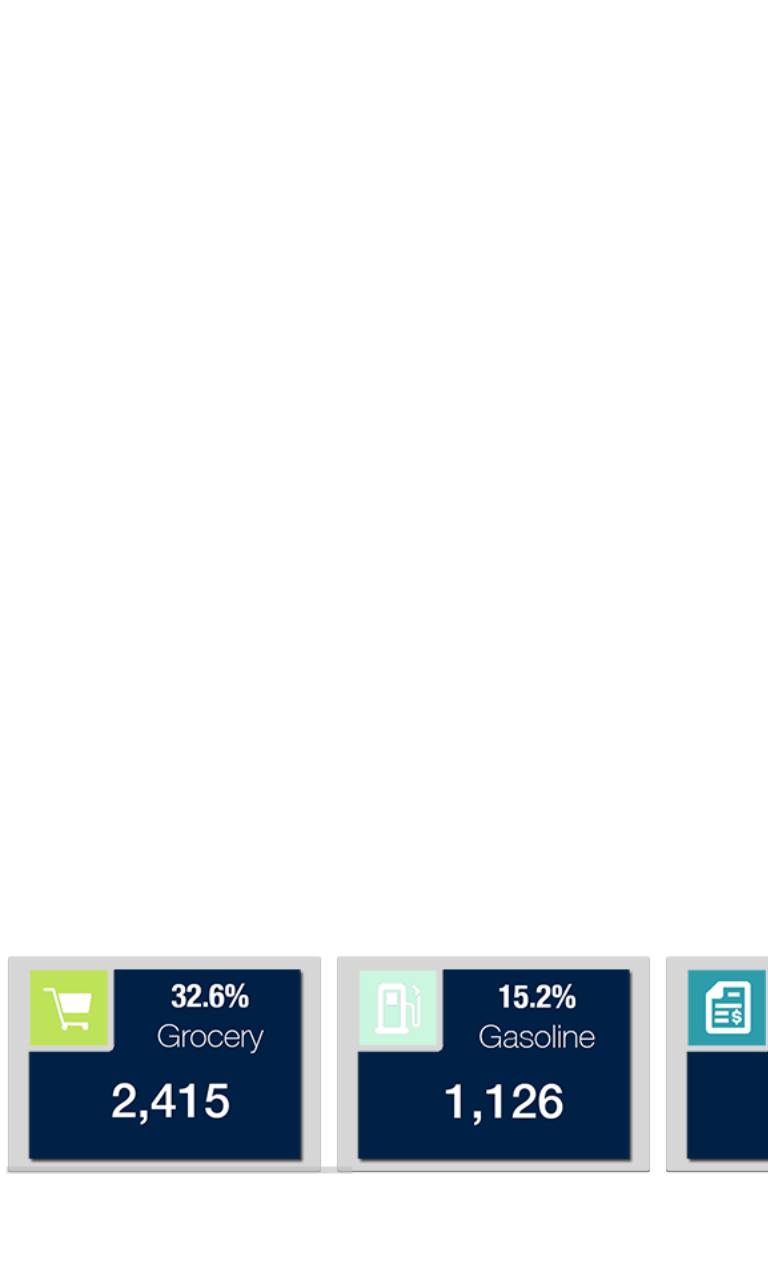
Repository: derek-zhan/RBCPrototypeChallenge
Layout: RBCPrototype/res/layout/fragment_analyze.xml
These files come from the project's save history. The layout is drawn as it stood at one moment and after the next save; the edit follows.
It is drawn on a 768 x 1280 px phone screen (xhdpi) without system bars, with theme AppTheme; the app's code is not run.

Above is the layout before, as saved 2014-06-06 11:35:55.

### RBCPrototype/res/layout/fragment_analyze.xml
<?xml version="1.0" encoding="utf-8"?>
<RelativeLayout xmlns:android="http://schemas.android.com/apk/res/android"
    android:layout_width="match_parent"
    android:layout_height="match_parent" >


     <HorizontalScrollView
        android:id="@+id/horizontal_scroll_view"
        android:layout_width="wrap_content"
        android:layout_height="wrap_content"
        android:layout_marginBottom="50dp"
        android:layout_alignParentBottom="true"

        >
        <LinearLayout
            android:layout_width="wrap_content"
            android:layout_height="wrap_content"
            android:orientation="horizontal" >
            <ImageButton
                android:layout_width="wrap_content"
                android:layout_height="wrap_content"
                android:src="@drawable/piechartcat1"
                 />
            <ImageButton
                android:layout_width="wrap_content"
                android:layout_height="wrap_content"
                android:src="@drawable/piechartcat2"
                />
            <ImageButton
                android:layout_width="wrap_content"
                android:layout_height="wrap_content"
                android:src="@drawable/piechartcat3"
                 />
            <ImageButton
                android:layout_width="wrap_content"
                android:layout_height="wrap_content"
                android:src="@drawable/piechartcat4"
                 />
            <ImageButton
                android:layout_width="wrap_content"
                android:layout_height="wrap_content"
                android:src="@drawable/piechartcat5" />
        </LinearLayout>

    </HorizontalScrollView>


</RelativeLayout>

Loaded but not shown: RBCPrototype/res/values/styles.xml (common file); RBCPrototype/res/values-v11/styles.xml (common file); RBCPrototype/res/values-v14/styles.xml (common file)

After the next save:
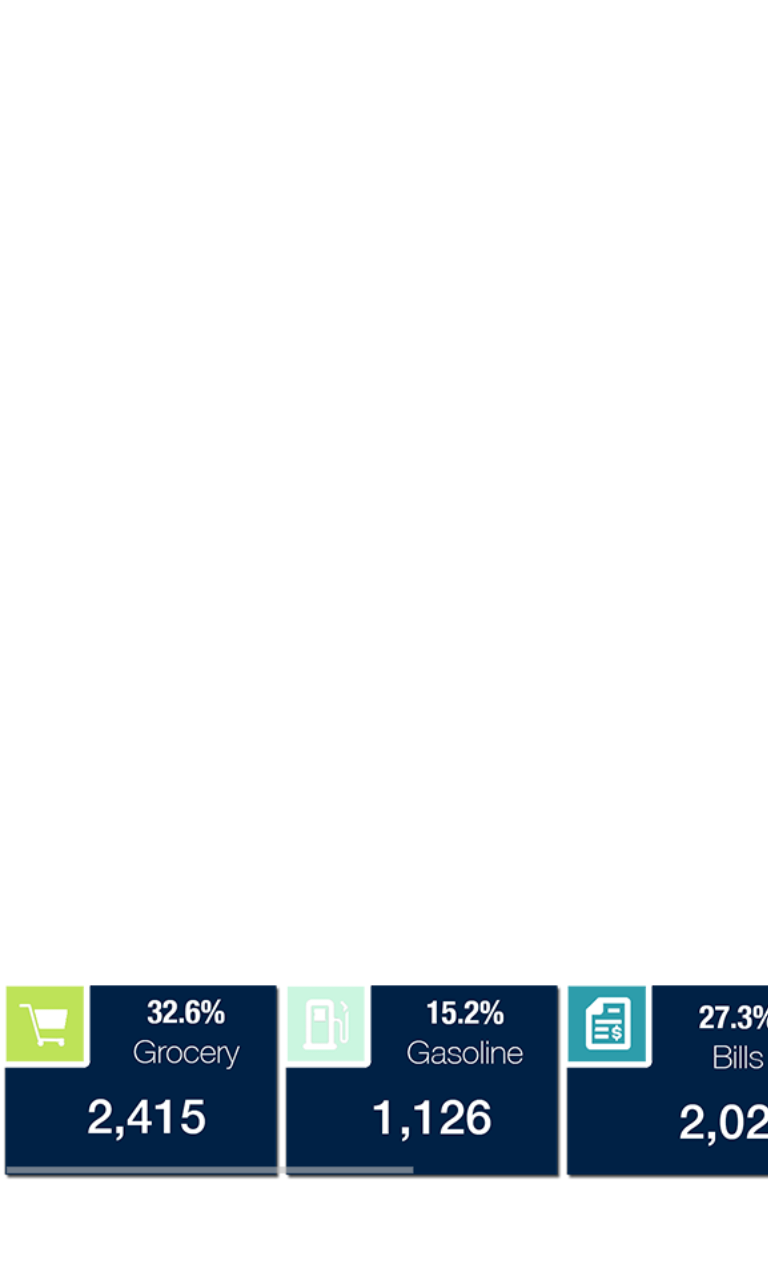
Saved 40 s later.
--- a/RBCPrototype/res/layout/fragment_analyze.xml
+++ b/RBCPrototype/res/layout/fragment_analyze.xml
@@ -20,26 +20,31 @@
                 android:layout_width="wrap_content"
                 android:layout_height="wrap_content"
                 android:src="@drawable/piechartcat1"
+                android:background="@null"
                  />
             <ImageButton
                 android:layout_width="wrap_content"
                 android:layout_height="wrap_content"
                 android:src="@drawable/piechartcat2"
+                android:background="@null"
                 />
             <ImageButton
                 android:layout_width="wrap_content"
                 android:layout_height="wrap_content"
                 android:src="@drawable/piechartcat3"
+                android:background="@null"
                  />
             <ImageButton
                 android:layout_width="wrap_content"
                 android:layout_height="wrap_content"
                 android:src="@drawable/piechartcat4"
+                android:background="@null"
                  />
             <ImageButton
                 android:layout_width="wrap_content"
                 android:layout_height="wrap_content"
-                android:src="@drawable/piechartcat5" />
+                android:src="@drawable/piechartcat5"
+                android:background="@null" />
         </LinearLayout>
 
     </HorizontalScrollView>
